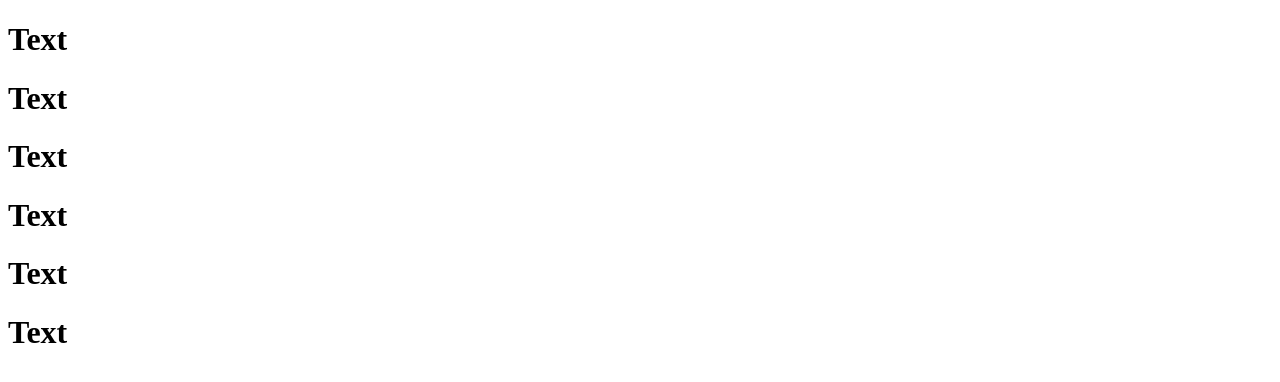
Repository: vnmk1/jsp_servlet-tutorials
Page: Bai2_HTML/src/main/webapp/vidu.html
The author's editor kept a copy of each file at every save. The page is drawn from the files as they stood at one save, then again after the next save.
The browser window is 1280 px wide. The pictures show the whole page.

Above is the page before, as saved 2023-07-15 04:22:36.

### Bai2_HTML/src/main/webapp/vidu.html
<!DOCTYPE html>
<html>
<head>
<meta charset="UTF-8">
<title>Insert title here</title>
</head>
<body>
	<h1>Text</h1>
	<h1>Text</h1>
	<h1>Text</h1>
	<h1>Text</h1>
	<h1>Text</h1>
	<h1>Text</h1>

</body>
</html>

After the next save:
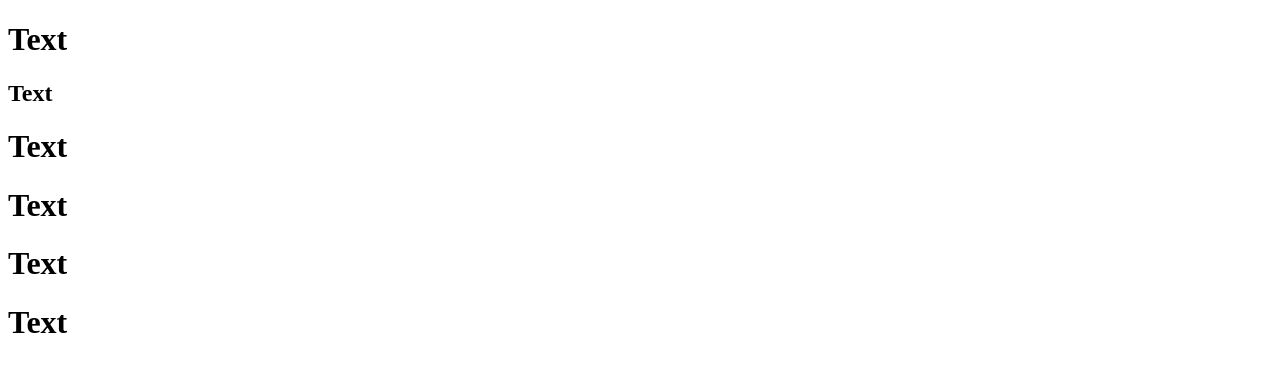
Saved 51 s later.
--- a/Bai2_HTML/src/main/webapp/vidu.html
+++ b/Bai2_HTML/src/main/webapp/vidu.html
@@ -6,7 +6,7 @@
 </head>
 <body>
 	<h1>Text</h1>
-	<h1>Text</h1>
+	<h2>Text</h2>
 	<h1>Text</h1>
 	<h1>Text</h1>
 	<h1>Text</h1>
